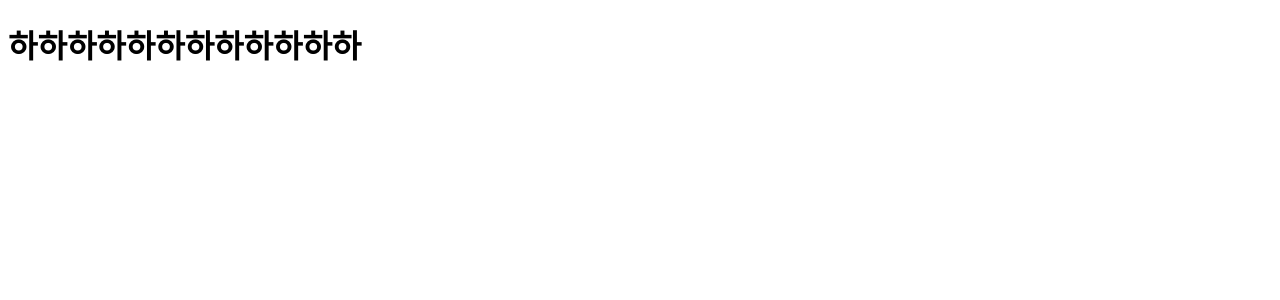
Repository: jun01270/F-E-practice
Page: index.html
These files come from the project's save history. The page is drawn as it stood at one moment and after the next save; the edit follows.
The browser window is 1280 px wide. The pictures show the whole page.

Above is the page before, as saved 2022-12-12 19:04:15.

### index.html
<!DOCTYPE html>
<html lang="en">
  <head>
    <meta charset="UTF-8" />
    <meta http-equiv="X-UA-Compatible" content="IE=edge" />
    <meta name="viewport" content="width=device-width, initial-scale=1.0" />
    <title>Document</title>
  </head>
  <body>
    <div class="first">
      <h1 id="laugh">HAHAHAHAHA</h1>
    </div>
    <script src="app.js"></script>
  </body>
</html>

### app.js
const title = document.querySelector(".first h1");

title.innerText = "하하하하하하하하하하하하";
console.dir(title);

titleColor = title.style.color;
titleColor = "Red";
console.log(titleColor);

function afterClick() {
  console.log("CLick!!!");
  console.log(title);
  if (titleColor === "red") {
    titleColor = "Yellow";
  } else {
    titleColor = "red";
  }
}

title.addEventListener("click", afterClick);

After the next save:
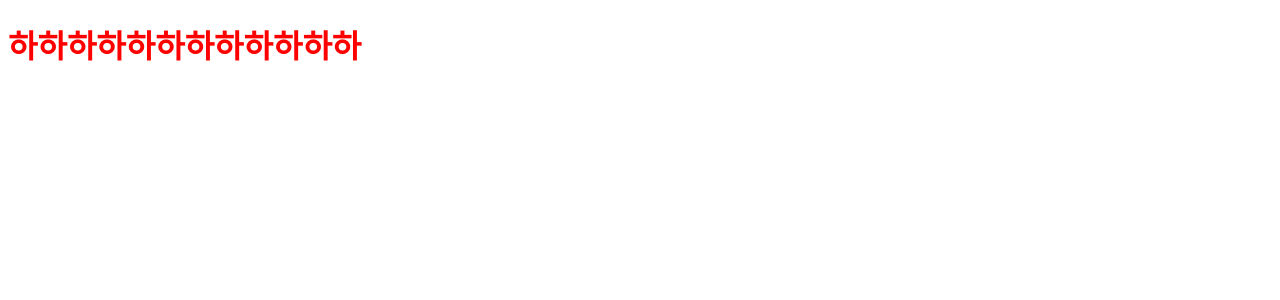
Console error: ReferenceError: titleColor is not defined
Saved 40 s later.
--- a/app.js
+++ b/app.js
@@ -3,8 +3,8 @@
 title.innerText = "하하하하하하하하하하하하";
 console.dir(title);
 
-titleColor = title.style.color;
-titleColor = "Red";
+// titleColor = title.style.color;
+title.style.color = "Red";
 console.log(titleColor);
 
 function afterClick() {

After the save that followed:
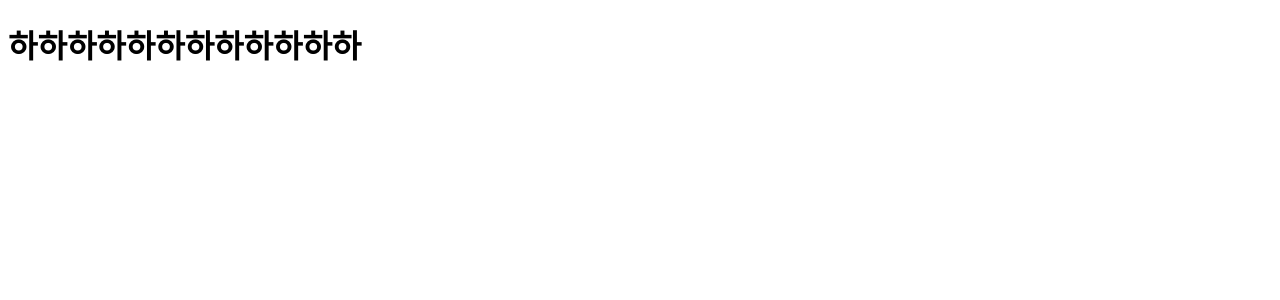
The error is gone.
Saved 7 s later.
--- a/app.js
+++ b/app.js
@@ -3,8 +3,8 @@
 title.innerText = "하하하하하하하하하하하하";
 console.dir(title);
 
-// titleColor = title.style.color;
-title.style.color = "Red";
+titleColor = title.style.color;
+titleColor = "Red";
 console.log(titleColor);
 
 function afterClick() {
